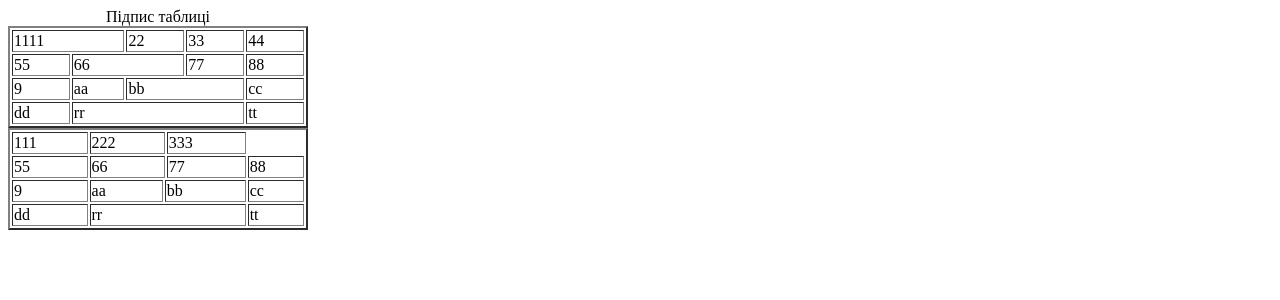
Repository: KseniaMakara/Web
Page: tables/index.html
These files come from the project's save history. The page is drawn as it stood at one moment and after the next save; the edit follows.
The browser window is 1280 px wide. The pictures show the whole page.

Above is the page before, as saved 2021-02-14 14:19:54.

### tables/index.html
<table border="2px" width="300px">
    <caption>Підпис таблиці</caption>
    <tr>
        <td colspan="2"> 1111 </td>
        <td> 22 </td>
        <td> 33 </td>
        <td> 44 </td>

    </tr>
    <tr>
        <td> 55 </td>
        <td colspan="2"> 66 </td>
        <td > 77 </td>
        <td> 88 </td>
    </tr>
    <tr>
        <td> 9 </td>
        <td > aa </td>
        <td colspan="2"> bb </td>
        <td> cc </td>
    </tr>
    <tr>
        <td> dd </td>
        <td colspan="3"> rr </td>
        <td> tt </td>
    </tr>

    </table>


    <table border="2px" width="300px">

        <tr>
            <td > 111 </td>
            <td colspan="2">  222 </td>
            <td> 333 </td>

        </tr>
        <tr>
            <td> 55 </td>
            <td colspan="2"> 66 </td>
            <td > 77 </td>
            <td> 88 </td>
        </tr>
        <tr>
            <td> 9 </td>
            <td > aa </td>
            <td colspan="2"> bb </td>
            <td> cc </td>
        </tr>
        <tr>
            <td> dd </td>
            <td colspan="3"> rr </td>
            <td> tt </td>
        </tr>

        </table>

After the next save:
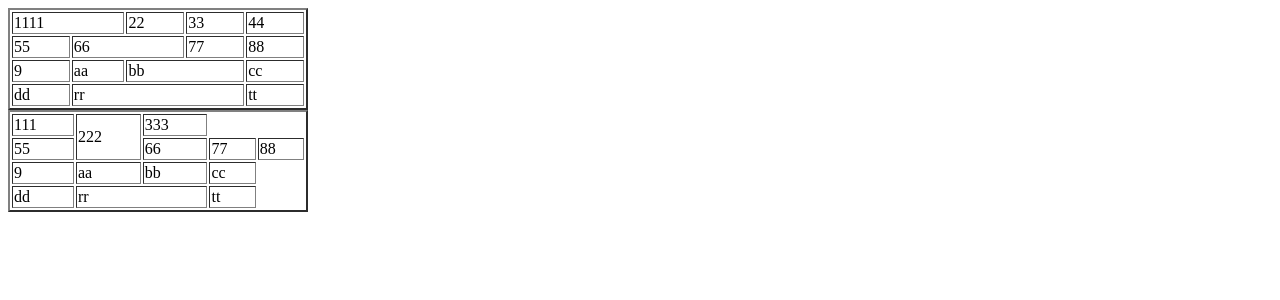
Saved 45 s later.
--- a/tables/index.html
+++ b/tables/index.html
@@ -1,5 +1,5 @@
 <table border="2px" width="300px">
-    <caption>Підпис таблиці</caption>
+
     <tr>
         <td colspan="2"> 1111 </td>
         <td> 22 </td>
@@ -32,7 +32,7 @@
 
         <tr>
             <td > 111 </td>
-            <td colspan="2">  222 </td>
+            <td rowspan="2">  222 </td>
             <td> 333 </td>
 
         </tr>
